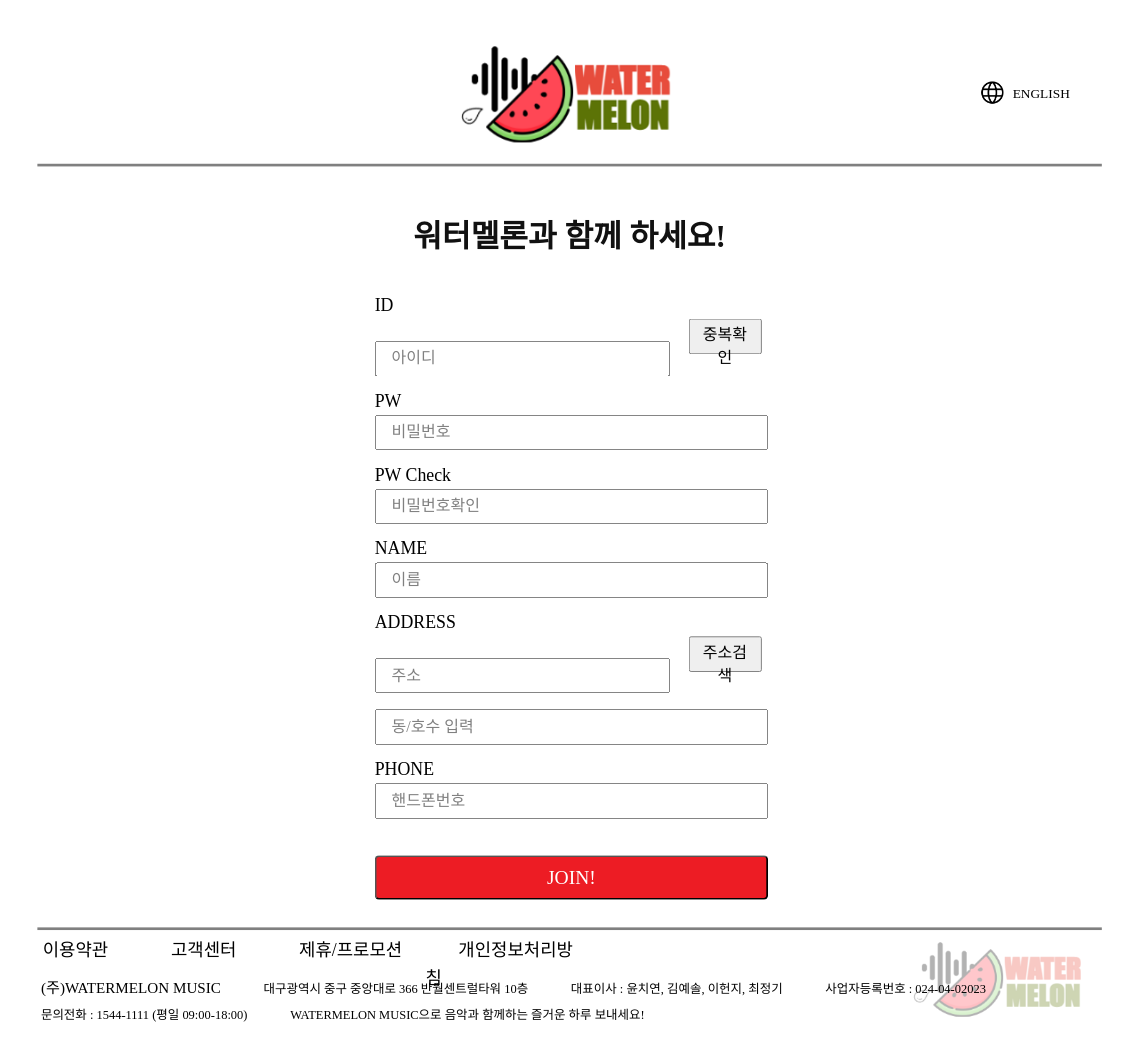
Repository: anchobb/TEAM_STS
Page: http://localhost/PJ_TEAM01/WEB-INF/views/member/join.jsp
An editor plug-in stored every save of this project. The page is shown before and after the next save, followed by the edit.
The browser window is 1280 px wide. The pictures show the whole page, at 89% of full size.
Some web fonts or font styles are not loaded; a fallback is used. The page is served by Tomcat 9. Nobody is signed in. The template is opened directly, without the code that normally fills it, so the values that code supplies are empty.

Above is the page before, as saved 2023-09-12 04:20:19.

### PJ_TEAM01/src/main/webapp/WEB-INF/views/member/join.jsp
<%@ page language="java" contentType="text/html; charset=UTF-8"
	pageEncoding="UTF-8"%>
<%@ taglib prefix="c" uri="http://java.sun.com/jsp/jstl/core"%>
<!DOCTYPE html>
<html>
<head>
<meta charset="UTF-8">
<title>Insert title here</title>
<style>
	<%@include file="/resources/static/css/common.css"%>
	<%@include file="/resources/static/css/header.css"%>
	<%@include file="/resources/static/css/Join_Page.css"%>
	<%@include file="/resources/static/css/footer.css" %>
</style>

<script src="https://cdn.jsdelivr.net/npm/axios/dist/axios.min.js"></script>
<script>
	document.addEventListener("DOMContentLoaded", function() {

		async function checkDuplicateId() {
			var id = document.getElementById("id_input").value;

			try {
				const response = await axios.post("${pageContext.request.contextPath}/checkDuplicate", {
					id: id
				});

				const isDuplicate = response.data;
				if (!isDuplicate) {
					alert("이미 사용 중인 아이디입니다.");
				} else {
					alert("사용 가능한 아이디입니다.");
				}
			} catch (error) {
				alert("중복 확인 중에 오류가 발생했습니다.");
			}
		}

	    document.getElementById("idcheck_btn").addEventListener("click", checkDuplicateId);
	});


</script>

</head>
<body>

	<div class="wrapper">
		<!-- header -->
		<!-- top-header -->
		<header>
			<div class="log-header">
				<a href=<c:url value="/index" />><img class="logo" src="${pageContext.request.contextPath}/resources/static/img/로고.png" alt=""></a>
				<ul>
					<li><a href=""><img src="${pageContext.request.contextPath}/resources/static/img/english.png" alt="">ENGLISH</a></li>
				</ul>
			</div>
			<div class="logheader_line"></div>
		</header>

		<section class="join">
			<h1>워터멜론과 함께 하세요!</h1>
			<form action="${pageContext.request.contextPath}/member/join" method="post">
				<ul>
					<li><span>ID</span> <!-- <span id="id_check">*id중복여부표시</span> -->
						<input id="id_input" name="id" type="text" placeholder="아이디"
						title="아이디입력" required>
						<button id="idcheck_btn" >중복확인</button></li>
					<li><span>PW</span> <input id="pw_input" name="pw"
						type="password" placeholder="비밀번호" title="비밀번호입력" required></li>
					<li><span>PW Check</span> <!-- <span id="pw_check">*pw체크표시</span> -->
						<input id="pwc_input" name="pwc_input" type="password"
						placeholder="비밀번호확인" title="비밀번호확인" required></li>
					<li><span>NAME</span> <input type="text" name="name"
						placeholder="이름" title="이름입력" required></li>
					<li><span>ADDRESS</span> <input id="addr_input" name="addr"
						type="text" placeholder="주소" title="주소입력" required>
						<button id="addr_btn">주소검색</button></li>
					<li><input type="text" placeholder="동/호수 입력" title="주소입력"></li>
					<li><span>PHONE</span> <input type="text" name="phone"
						placeholder="핸드폰번호" title="핸드폰번호입력" required></li>
					<li><button id="join_btn">JOIN!</button></li>
				</ul>
			</form>
		</section>

		<footer>
			<div class="footer_line"></div>
			<div>
				<ul class="footer_menu">
					<li><a href="">이용약관</a></li>
					<li><a href="">고객센터</a></li>
					<li><a href="">제휴/프로모션</a></li>
					<li style="width:170px"><a href=""> &nbsp;&nbsp;&nbsp;&nbsp;&nbsp;&nbsp;&nbsp;개인정보처리방침</a></li>
				</ul>
			</div>
			<p></p>
			<div class="Site_info">
				<img id="footer_logo" src="${pageContext.request.contextPath}/resources/static/img/로고.png" alt="">
				<span class="Sitename">(주)WATERMELON MUSIC</span> <span>대구광역시
					중구 중앙대로 366 반월센트럴타워 10층</span> <span>대표이사 : 윤치연, 김예솔, 이헌지, 최정기</span> <span>사업자등록번호
					: 024-04-02023</span> <br> <span>문의전화 : 1544-1111 (평일
					09:00-18:00)</span> <span>WATERMELON MUSIC으로 음악과 함께하는 즐거운 하루 보내세요!</span>
			</div>

		</footer>
	</div>
	<!-- <script>
		function checkDuplicate() {
			var id = document.getElementById("id_input").value;

			// 서버로 AJAX 요청을 보냄
			var xhr = new XMLHttpRequest();
			xhr.open("GET",
					"${pageContext.request.contextPath}/member/checkDuplicate?id="
							+ encodeURIComponent(id), true);
			xhr.onreadystatechange = function() {
				if (xhr.readyState === XMLHttpRequest.DONE) {
					if (xhr.status === 200) {
						// 서버로부터 응답을 받은 경우
						var response = JSON.parse(xhr.responseText);
						if (response.duplicate) {
							alert("이미 사용중인 아이디입니다.");
						} else {
							alert("사용가능한 아이디입니다.");
						}
					} else {
						// 서버로부터 응답을 받지 못한 경우
						alert("서버와의 통신에 실패했습니다.");
					}
				}
			};
			xhr.send();
		}
	</script> -->

	<script>
		document.getElementById("join_btn").addEventListener('click', function(){
			location.href = "http://localhost:8080/app/member/login";
		})
	</script>


</body>
</html>

### PJ_TEAM01/src/main/webapp/resources/static/css/common.css
@font-face {
    font-family: 'SDSamliphopangche_Basic';
    src: url('https://cdn.jsdelivr.net/gh/projectnoonnu/noonfonts-20-12@1.0/SDSamliphopangche_Basic.woff') format('woff');
    font-weight: normal;
    font-style: normal;
}

* {
    margin: 2px;
    box-sizing: border-box;
    font-family: 'SDSamliphopangche_Basic';
}

ul {
    list-style: none;
    padding: 0px;
    margin: 0px;
    color: black;
}

a {
    text-decoration: none;
    color: black;
}

.wrapper {
    width: 1200px;
    margin: 30px auto;
}

.wrapper>nav>.mobilemenu>.material-symbols-outlined{
    font-variation-settings:
    'FILL' 0,
    'wght' 400,
    'GRAD' 0,
    'opsz' 48}

### PJ_TEAM01/src/main/webapp/resources/static/css/header.css
/* header */
.wrapper>header {
    height:130px;
    /* border: 1px solid red; */
    margin-top: 20px;
}

/* 탑헤더 내 로고, 검색창, 퀵메뉴 전체 */
.wrapper>header>.top-header{
    height: 110px;
    /* border: 1px solid green; */
    display: flex;
    justify-content: space-between;
    align-items: center;
}

/* 탑헤더 내 로고 */
.wrapper>header>.top-header>.logo{
    margin-top: 0;
    width: 240px;
    height: 120px;
}

/* 탑헤더 내 검색창 */
.wrapper>header>.top-header>form .search_box{
    height: 38px;
    width: 500px;
    border: 3px solid rgb(92, 115, 6);
    position: relative;
    border-radius: 7px;
    line-height: 35px;
    padding-left: 10px;
}

.wrapper>header>.top-header>form .search_box>div{
    /* border: 1px solid rosybrown; */
    height: 35px;
    width: 110px;
    font-size: 20px;
    text-align: center;
    line-height: 35px;
    margin-top: -1px;
    margin-left: -10px;
    border-right: 3px solid rgb(92, 115, 6);
    background-color: rgba(92, 115, 6, 0.43);
}

.wrapper>header>.top-header>form .search_box>input {
    height: 30px;
    width: 340px;
    border: 1px;
    outline: 1px;
    position: absolute;
    top: -1px;
    left: 115px;
    font-size: 15px;
    color: black;
    font-family: 'NanumSquareBold';
}

.wrapper>header>.top-header>form .search_box>img {
    position: absolute;
    width: 30px;
    height: 30px;
    top: 0px;
    left: 92%;
    display: block;
}

/* 헤더 내 퀵메뉴 */
.wrapper>header>.top-header>ul {
    /* border: 1px solid red; */
    display: flex;
    justify-content: right;
    align-items: center;
}

.wrapper>header>.top-header>ul>li {
    /* border: 1px solid gray; */
    width: 110px;
    position: relative;
    text-align: center;
}

.wrapper>header>.top-header>ul>li>a {
    display: block;
    font-size: 16px;
    position: relative;
    left: 15px;
}

.wrapper>header>.top-header>ul>li>a>img{
    width: 20px;
    height: 18px;
    justify-content: center;
    align-content: center;
    position: absolute;
    top: -2.5px;
    left: -5px;
}

/* nav부분 STYLE */
.wrapper>nav>.navi{
    display: flex;
    justify-content: space-between;
}

/* 왼쪽 nav one-depth */
.wrapper>nav>.navi>.Menu_left>.one--depth {
    width: 100%;
    height: 60px;
    display: flex;
}

.wrapper>nav>.navi>.Menu_left>.one--depth>li {
    position: relative;
    height: 35px;
}

.wrapper>nav>.navi>.Menu_left>.one--depth>li>a {
    display: block;
    font-size: 20px;
    width: 110px;
    /* transition: 1s; */

}

/* 왼쪽 nav two-depth */
.wrapper>nav>.navi>.Menu_left>.one--depth>li>.two--depth {
    position: absolute;
    display: none;

}

.wrapper>nav>.navi>.Menu_left>.one--depth>li>.two--depth>li {
    height: 30px;
    line-height: 30px;

}

.wrapper>nav>.navi>.Menu_left>.one--depth>li>.two--depth>li>a {
    display: block;
    width: 120px;
    font-size: 17px;
}

.wrapper>nav>.navi>.Menu_left>.one--depth>li>a:hover {
    font-size: 22px;
}

.wrapper>nav>.navi>.Menu_left>.one--depth>li:hover .two--depth {
    display: flex;
}

.wrapper>nav>.navi>.Menu_left>.one--depth>li>.two--depth>li>a:hover {
    font-size: 18px;
    transition: 0.7s;
    color: rgb(192, 57, 43);
}

/* 오른쪽 nav one-depth */
.wrapper>nav>.navi>.Menu_right>.one--depth {
    width: 100%;
    height: 60px;
    display: flex;
}

.wrapper>nav>.navi>.Menu_right>.one--depth>li {
    position: relative;
    height: 35px;
}

.wrapper>nav>.navi>.Menu_right>.one--depth>li>a {
    display: block;
    font-size: 20px;
    width: 110px;
    text-align: right;
}

/* 오른쪽 nav two-depth */
.wrapper>nav>.navi>.Menu_right>.one--depth>li>.two--depth {
    position: absolute;
    display: none;
}

.wrapper>nav>.navi>.Menu_right>.one--depth>li>.two--depth>li {
    height: 30px;
    line-height: 30px;
}

.wrapper>nav>.navi>.Menu_right>.one--depth>li>.two--depth>li>a {
    display: block;
    width: 110px;
    font-size: 17px;
    text-align: center;
}

.wrapper>nav>.navi>.Menu_right>.one--depth>li>a:hover {
    font-size: 22px;
}

.wrapper>nav>.navi>.Menu_right>.one--depth>li:hover .two--depth {
    display: flex;
    text-align: right;
    right: -12px;
}

.wrapper>nav>.navi>.Menu_right>.one--depth>li>.two--depth>li>a:hover {
    font-size: 18px;
    transition: 0.7s;
    color: rgb(192, 57, 43);
}

/* header_line */
.wrapper>.header_line {
    display: block;
    background-color: gray;
    height: 3px;
    width: 100%;
    margin: 5px auto;
}

.wrapper>footer>#footer_logo{
    border: 1px solid;
    opacity: 0.6;
    margin-bottom: 500px;
}


.wrapper>header>.log-header{
    height: 150px;
    position: relative;
    display: flex;
    justify-content: center;
    align-items: center;
}

.logheader_line{
    display: block;
    background-color: gray;
    height: 3px;
    width: 100%;
    margin: 0 auto;
}


/* login header */

.wrapper>header>.log-header>a>.logo{
    margin-top: 0;
}

.wrapper>header>.log-header>ul{
    position: absolute;
    right: 30px;
}

.wrapper>header>.log-header>ul>li{
    display: inline-block;
    height: 40px;
    text-align: center;
    line-height: 35px;
}

.wrapper>header>.log-header>ul>li>a{
    font-size: 15px;
    position: relative;

}

.wrapper>header>.log-header>ul>li>a>img{
    position: absolute;
    width: 30px;
    height: 30px;
    right: 70px;
}

.wrapper>nav>.mobilemenu{
    display: none;
}

### PJ_TEAM01/src/main/webapp/resources/static/css/Join_Page.css
li{
    list-style: none;
    }

    .join {
        width: 450px;
        display: block;
        height: 100%;
        padding-top: 50px;
        margin: 0 auto;
    }

    .join h1 {
        padding-top: 20px;
        font-size: 35px;
        color: #111;
        text-align: center;
    }

    .join>form ul {
        padding: 40px 0 10px;
    }

    .join>form ul li {
        padding: 0 0 12px;
        text-align: left;
    }

    .join>form>ul>li>span{
        font-size: 20px;
        display: block;
    }

    .join>form ul li input {
        width: 100%;
        height: 40px;
        box-sizing: border-box;
        text-indent: 15px;
        font-size: 18px;
        color: black;
        font-family: 'SDSamliphopangche_Basic';
    }

    .join>form>ul>li #id_input, #addr_input{
        width: 75%;
        height: 40px;
        box-sizing: border-box;
        text-indent: 15px;
        font-size: 18px;
        color: black;
        font-family: 'SDSamliphopangche_Basic';
    }

    .join form ul li input::-webkit-input-placeholder {
        font-size: 18px;
        color: gray;
    }

    .join form #idcheck_btn, #addr_btn{
        width: 82px;
        height: 40px;
        margin-left: 15px;
        margin-right: 0px;
        font-size: 18px;
        cursor: pointer;
    }

    .join>form #join_btn {
        width: 100%;
        height: 50px;
        background: #ed1c24;
        border-radius: 5px;
        font-size: 22px;
        color: #fff;
        margin-top: 25px;
        cursor: pointer;
    }

    .join div {
        padding: 0 0 45px;
    }

    .join div ul {
        display: flex;
        justify-content: space-between;
    }

    .join div ul li {
        position: relative;
    }

    .join div ul li:nth-child(2) {
        padding-right: 150px;
    }

    .join div ul li:nth-child(2)::after {
        content: "";
        position: absolute;
        left: -10px;
        top: 1px;
        height: 16px;
        width: 1.2px;
        background: #111;
        transform: rotate(25deg);
    }

### PJ_TEAM01/src/main/webapp/resources/static/css/footer.css
/* footer */

/* footer line */
.wrapper>footer>.footer_line {
    display: block;
    background-color: gray;
    height: 3px;
    width: 100%;
    margin: 5px auto;
}

/* footer */
.wrapper>footer>div>.footer_menu {
    display: flex;
    /* border: 1px solid; */
    height: 40px;
}

.wrapper>footer>div>.footer_menu>li{
    /* border: 1px solid red; */
    width: 140px;
    height: 30px;
    line-height: 30px;
}

.wrapper>footer>div>.footer_menu>li>a{
    font-family: 'SDSamliphopangche_Basic';
    font-size: 20px;
}

.wrapper>footer>.Site_info{
    position: relative;
}

.wrapper>footer>.Site_info>#footer_logo{
    position: absolute;
    top: -50px;
    right: 0;
    width: 220px;
    height: 110px;
    opacity: 0.3;
    z-index: -1;
}

.wrapper>footer>.Site_info>span{
    display: inline-block;
    font-size: 14px;
    padding: 2px 40px 2px 0;
}

.wrapper>footer>.Site_info>.Sitename{
    font-family: 'SDSamliphopangche_Basic';
    font-size: 17px;
}

After the next save:
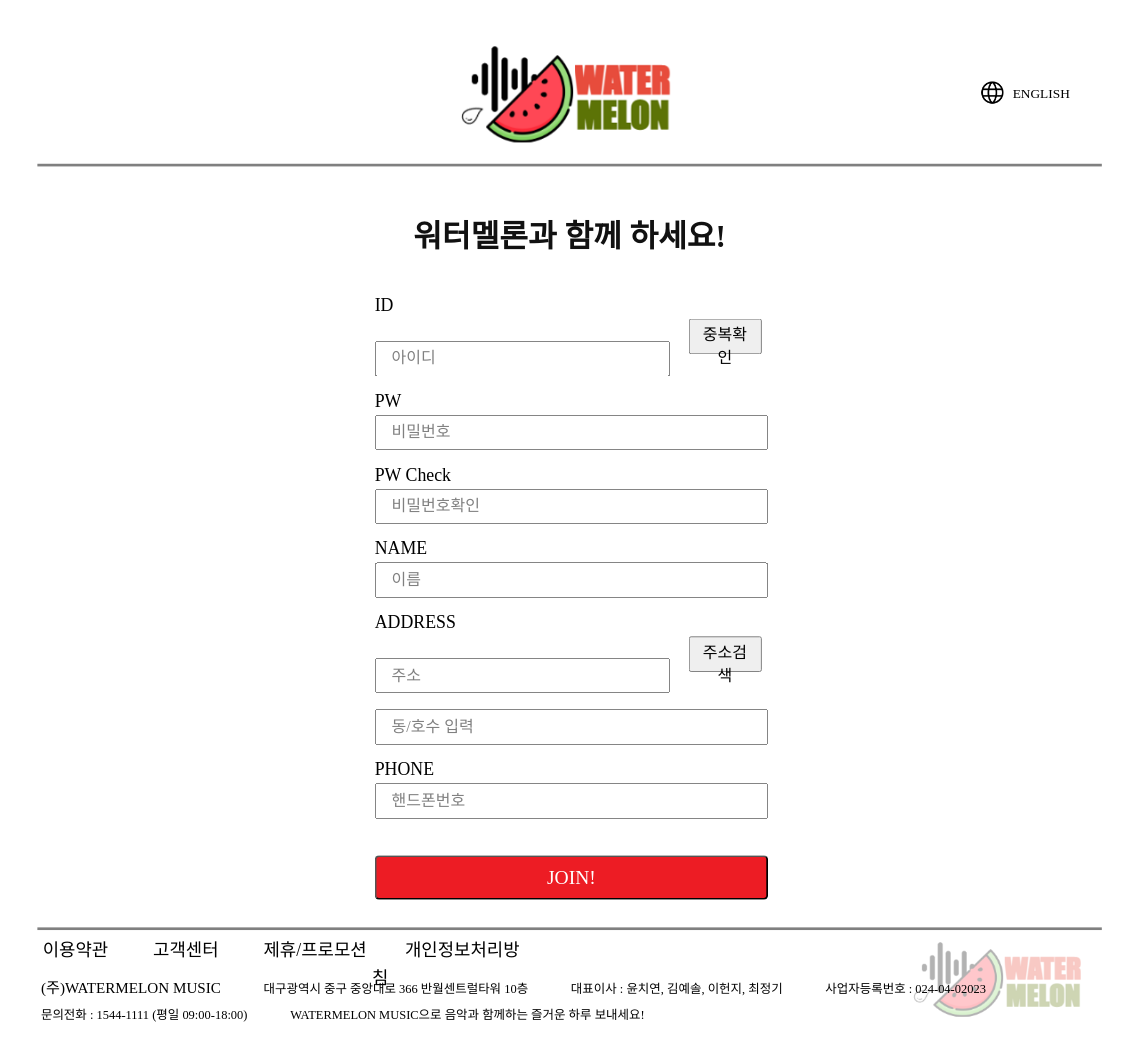
Saved 28 s later.
--- a/PJ_TEAM01/src/main/webapp/resources/static/css/footer.css
+++ b/PJ_TEAM01/src/main/webapp/resources/static/css/footer.css
@@ -18,7 +18,7 @@
 
 .wrapper>footer>div>.footer_menu>li{
     /* border: 1px solid red; */
-    width: 140px;
+    width: 120px;
     height: 30px;
     line-height: 30px;
 }
